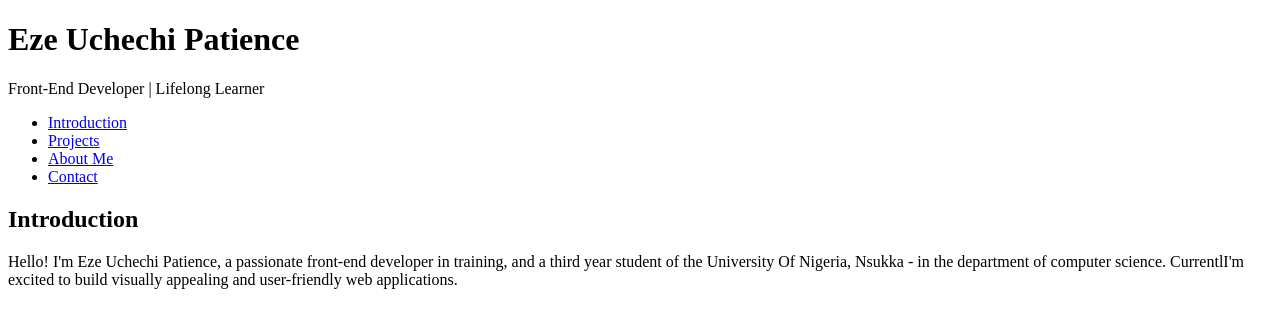
Repository: Patience225/My_First_Portfolio
Page: Portfolio/index.html
An editor plug-in stored every save of this project. The page is shown before and after the next save, followed by the edit.
The browser window is 1280 px wide. The pictures show the whole page.

Above is the page before, as saved 2024-12-16 13:09:33.

After the next save:
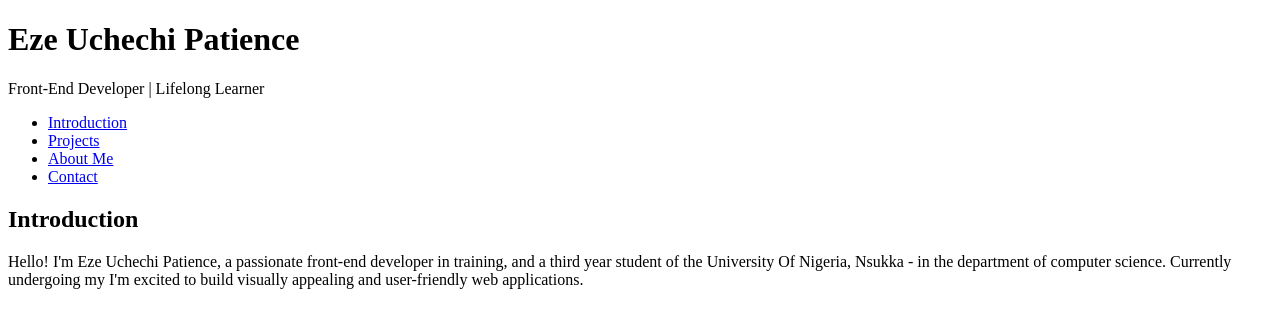
Saved 7 s later.
--- a/Portfolio/index.html
+++ b/Portfolio/index.html
@@ -19,7 +19,7 @@
     </nav>
     <section id="introduction">
       <h2>Introduction</h2>
-    <p>Hello! I'm Eze Uchechi Patience, a passionate front-end developer in training, and a third year student of the University Of Nigeria, Nsukka - in the department of computer science. CurrentlI'm excited to build visually appealing and user-friendly web applications.</p>
+    <p>Hello! I'm Eze Uchechi Patience, a passionate front-end developer in training, and a third year student of the University Of Nigeria, Nsukka - in the department of computer science. Currently undergoing my I'm excited to build visually appealing and user-friendly web applications.</p>
     </section>
     <section id="projects"></section>
     <section id="about"></section>
